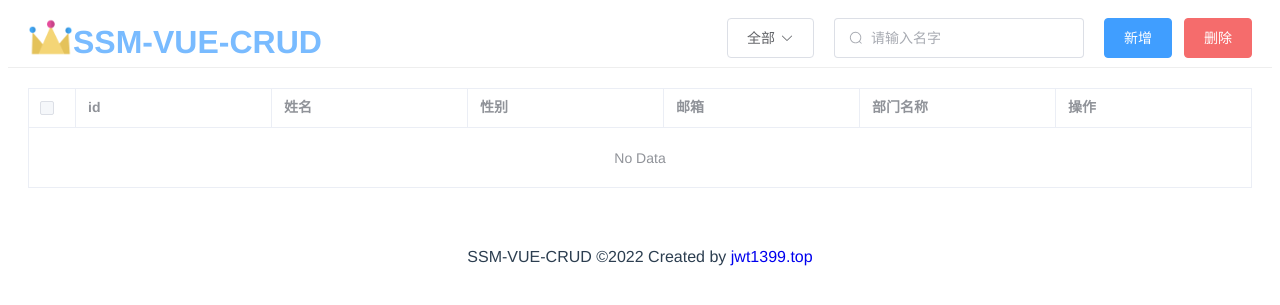
Repository: jwt1399/ssm-vue-crud
Page: / (app in ssm-crud-front/)
These files come from the project's save history. The page is drawn as it stood at one moment and after the next save; the edit follows.
The browser window is 1280 px wide. The pictures show the whole page.
The project was rebuilt for these pictures with package versions that can differ from the ones it lists, and the page was loaded fresh each time. Also part of the build but not shown: ssm-crud-front/vue.config.js.

Above is the page before, as saved 2022-06-09 11:00:34.

After the next save:
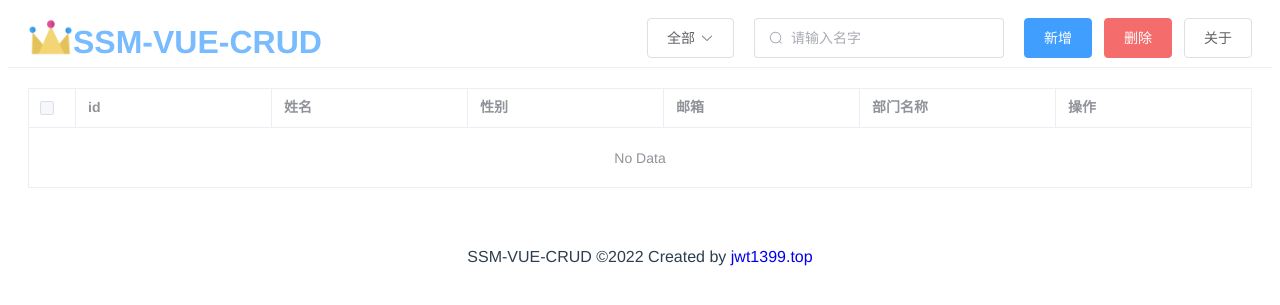
Saved 53 s later.
--- a/ssm-crud-front/src/components/Header.vue
+++ b/ssm-crud-front/src/components/Header.vue
@@ -37,6 +37,7 @@
         </div>
         <el-button type="primary" size="large" @click="addEmployee()">新增</el-button>
         <el-button type="danger" size="large" @click="batchDeleteEmployee()">删除</el-button>
+        <el-button type="default" size="large" @click="batchDeleteEmployee()">关于</el-button>
     </div>
 </el-header>
 </template>
